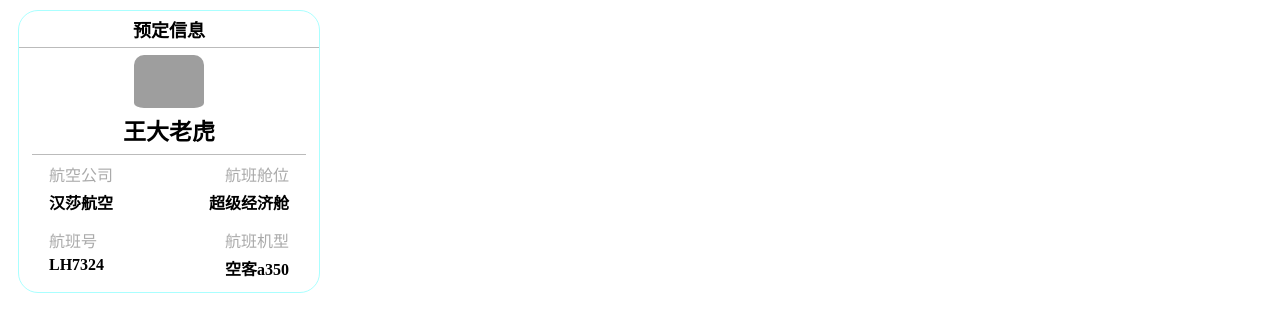
Repository: xzm1997/react-learning
Page: /
An editor plug-in stored every save of this project. The page is shown before and after the next save, followed by the edit.
The browser window is 1280 px wide. The pictures show the whole page.
Pictures or frames that could not be fetched are drawn as grey boxes. The project was rebuilt for these pictures with package versions that can differ from the ones it lists, and the page was loaded fresh each time. Also part of the build but not shown: src/index.css.

Above is the page before, as saved 2023-02-11 09:52:54.

After the next save:
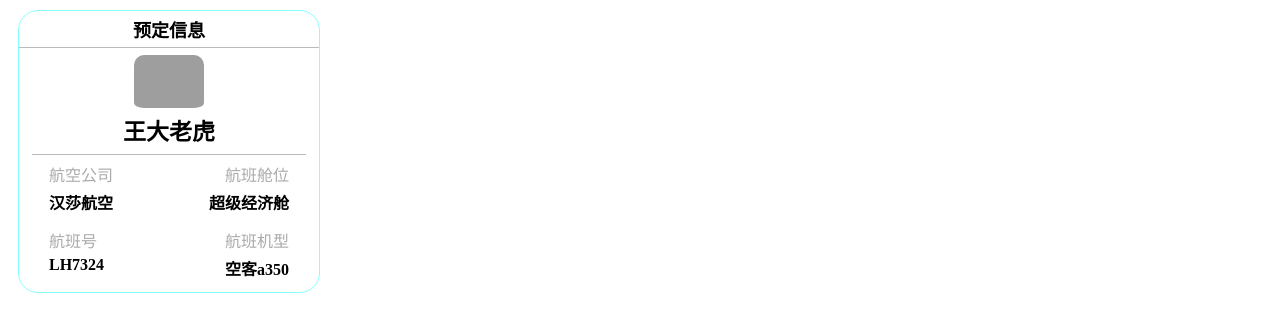
Saved 17 s later.
--- a/src/component/BookInfo.css
+++ b/src/component/BookInfo.css
@@ -1,6 +1,6 @@
 .contentDisplay {
   width: 300px;
-  border: solid 1px #aff;
+  border: solid 1px #8ff;
   /* background: lemonchiffon; */
   border-radius: 20px;
   padding:5px 0;
